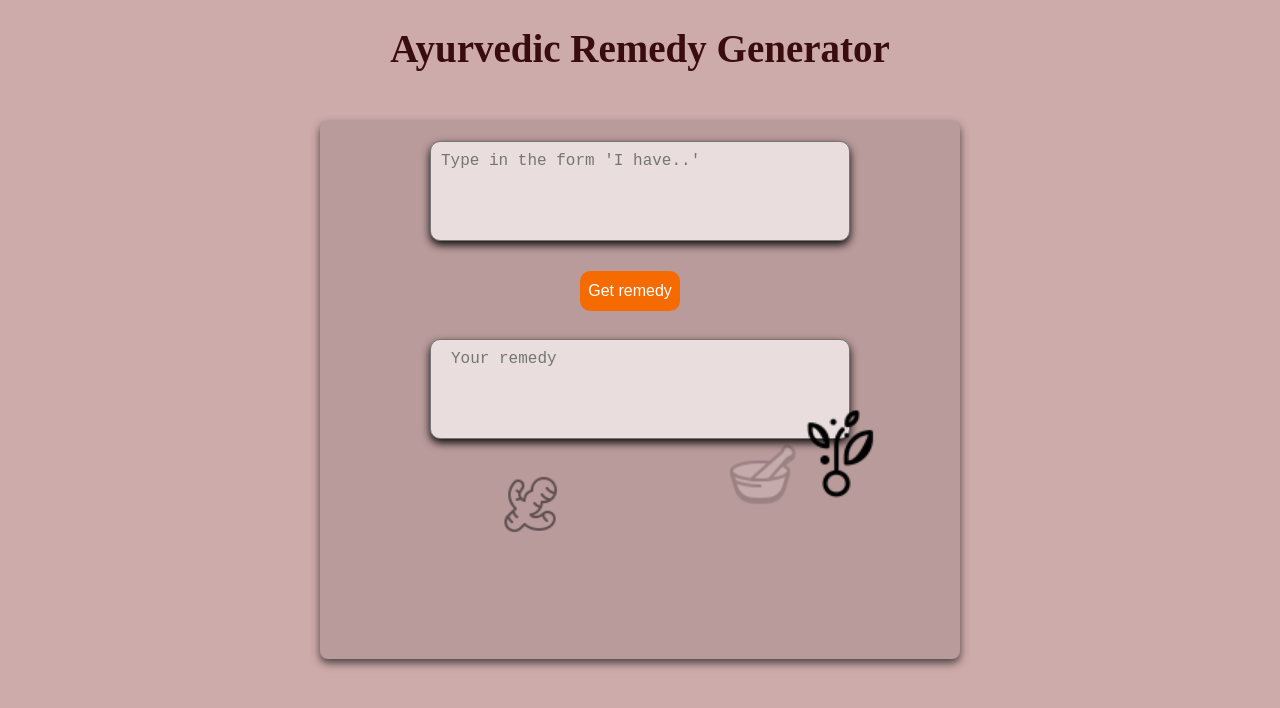
Repository: krutarthh/Ayurvedic-Remedy
Page: index.html
These files come from the project's save history. The page is drawn as it stood at one moment and after the next save; the edit follows.
The browser window is 1280 px wide. The pictures show the whole page.

Above is the page before, as saved 2024-04-07 15:14:24.

After the next save:
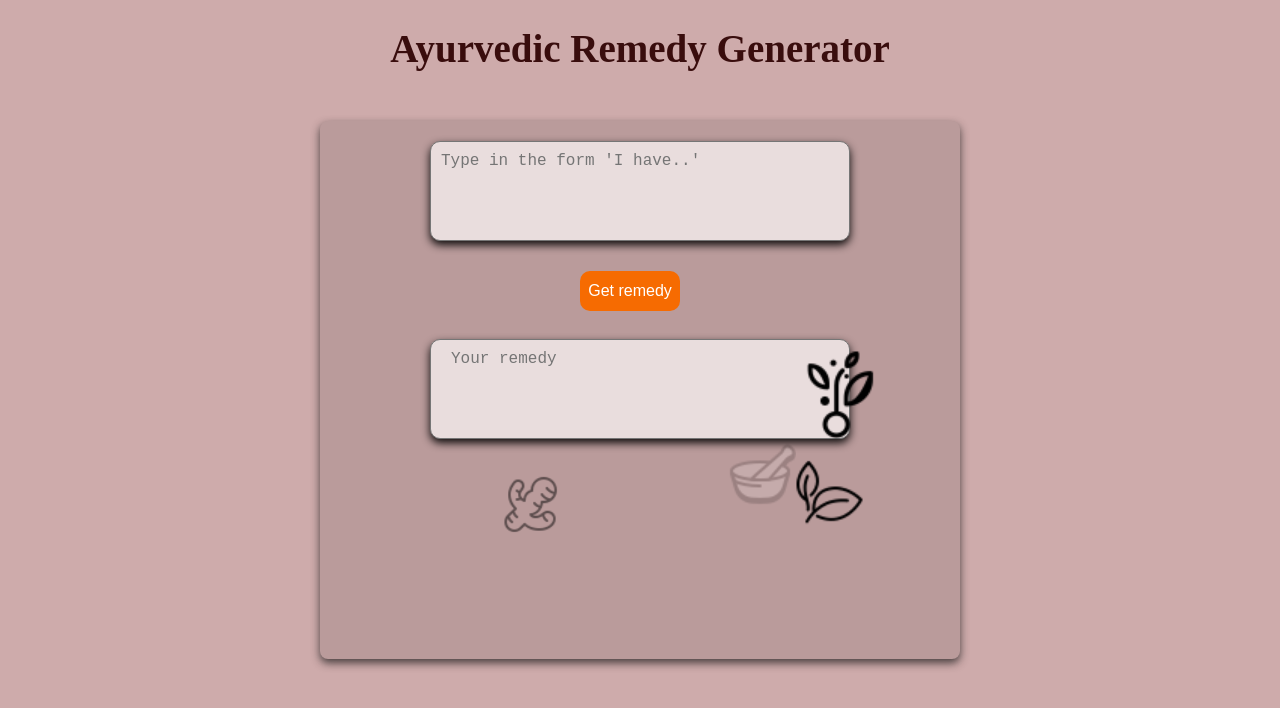
Saved 75 s later.
--- a/index.html
+++ b/index.html
@@ -33,6 +33,7 @@
       </div>
       <div class="noot-4">
         <img src="icons8-ayurveda-64.png">
+        <img src="icons8-herb-50.png">
       </div>
     </div>
 
